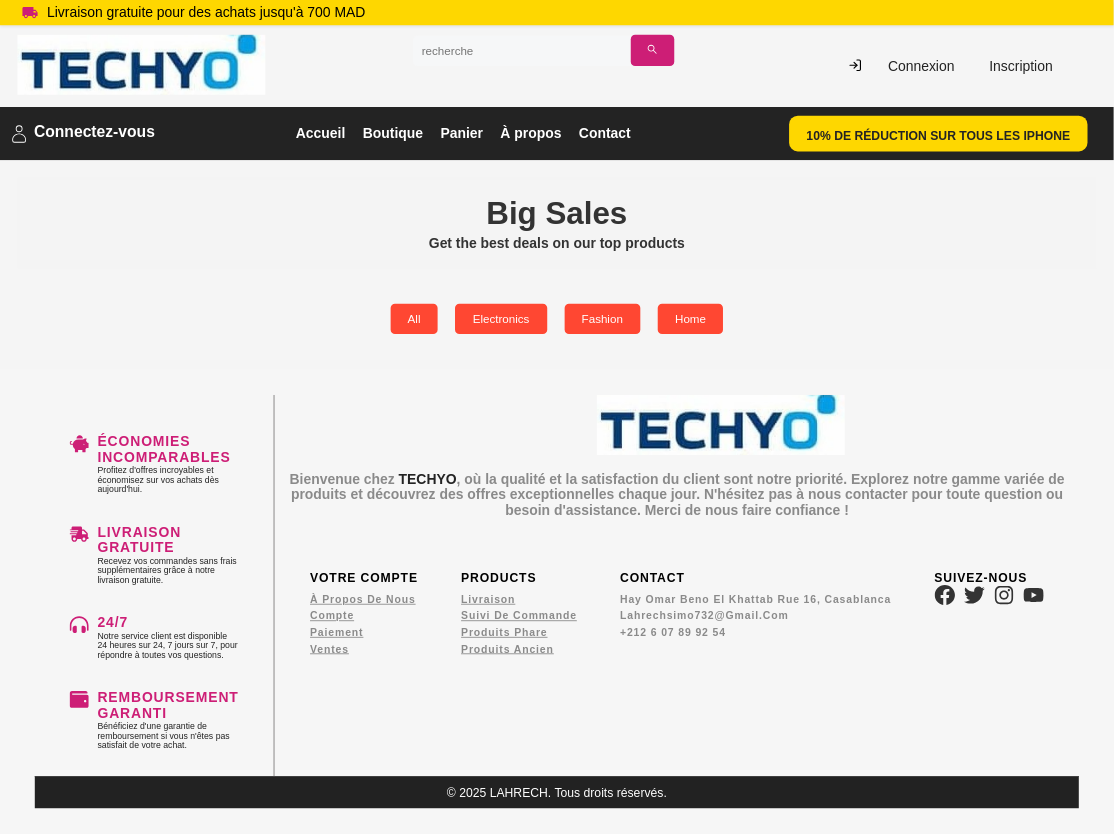
Repository: sebti-cloud/project-modern
Page: /sales (app in ecommerce_website/)
The author's editor kept a copy of each file at every save. The page is drawn from the files as they stood at one save, then again after the next save.
The browser window is 1280 px wide. The pictures show the whole page, at 87% of full size.
The page's requests for data from a server got no answer. The project was rebuilt for these pictures with package versions that can differ from the ones it lists, and the page was loaded fresh each time. No one was signed in, and anything a server would have sent is missing. Also part of the build but not shown: ecommerce_website/src/comp/home.js, ecommerce_website/src/comp/shop.js, ecommerce_website/src/comp/cart.js, ecommerce_website/src/comp/contact.js, ecommerce_website/src/comp/rout.js, ecommerce_website/src/comp/Products.js, ecommerce_website/src/comp/Orders.js, ecommerce_website/src/comp/LikedProducts.js and 23 more.

Above is the page before, as saved 2025-01-08 18:43:13.

After the next save:
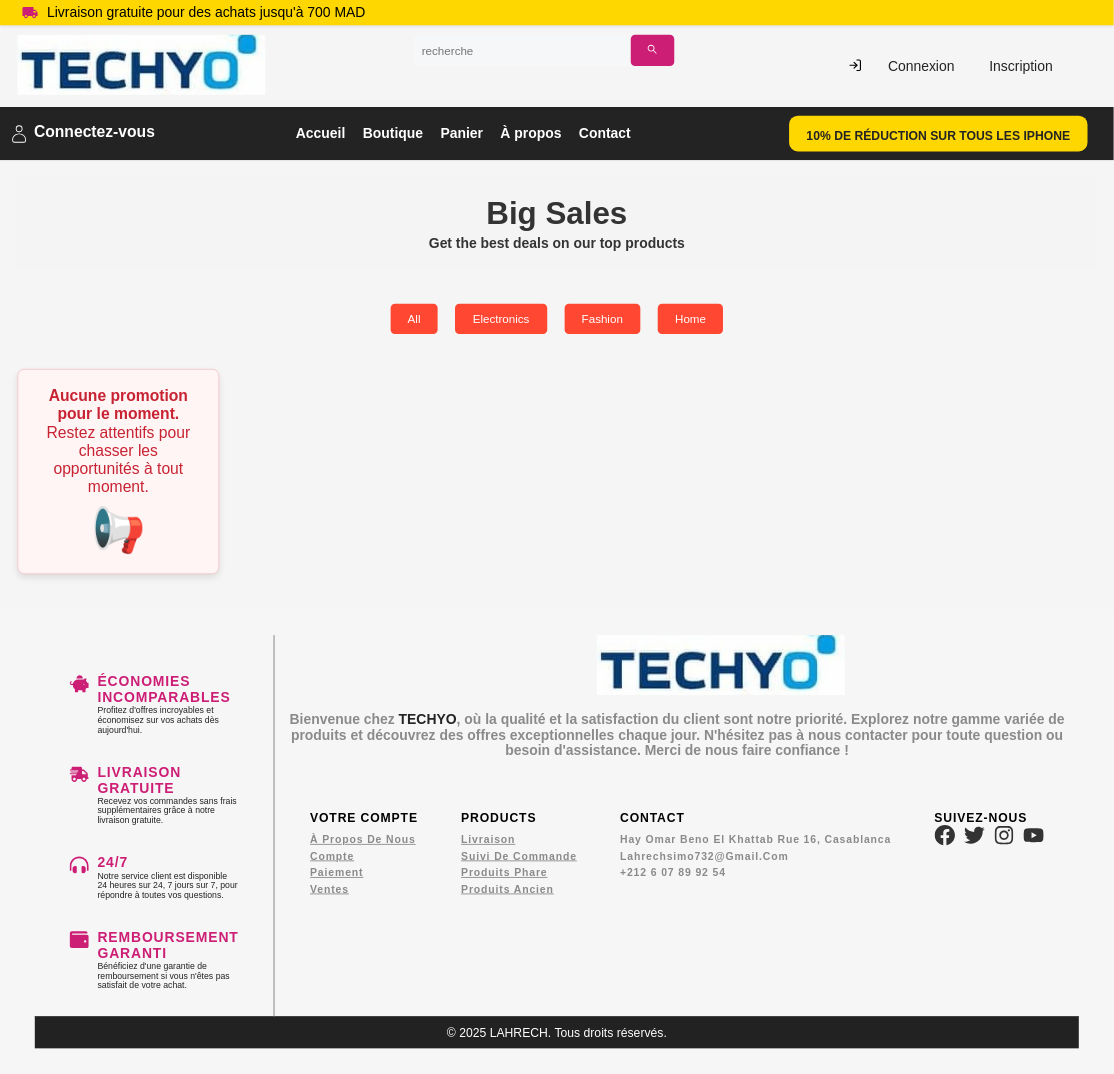
Saved 14 s later.
--- a/ecommerce_website/src/comp/Sales.js
+++ b/ecommerce_website/src/comp/Sales.js
@@ -2,25 +2,45 @@ import React, { useState, useEffect } from 'react';
 import './sales.css';
 import { AiOutlineShoppingCart } from 'react-icons/ai';
 
-const Sales = ({ fetchSalesProducts, addtocart }) => {
-    const [salesProducts, setSalesProducts] = useState([]);
+const Sales = ({ addtocart }) => {
+    const [products, setProducts] = useState([]);
     const [loading, setLoading] = useState(true);
     const [filter, setFilter] = useState('all');
 
     useEffect(() => {
-        const fetchData = async () => {
-            setLoading(true);
-            await fetchSalesProducts(setSalesProducts);
+        fetchProducts();
+    }, []);
+
+    const fetchProducts = async () => {
+        try {
+            const response = await fetch('http://localhost:3001/api/products');
+            const data = await response.json();
+            const salesProducts = data.filter((x) => x.types && x.types.includes('sale'));
+            setProducts(salesProducts);
             setLoading(false);
-        };
-        fetchData();
-    }, [fetchSalesProducts]);
+        } catch (error) {
+            console.error('Error fetching products:', error);
+            setLoading(false);
+        }
+    };
 
     const filterProducts = async (category) => {
         setFilter(category);
         setLoading(true);
-        await fetchSalesProducts(setSalesProducts, category);
-        setLoading(false);
+        try {
+            let url = `http://localhost:3001/api/products`;
+            if (category !== 'all') {
+                url += `?category=${category}`;
+            }
+            const response = await fetch(url);
+            const data = await response.json();
+            const filteredProducts = data.filter((x) => x.types && x.types.includes('sale'));
+            setProducts(filteredProducts);
+            setLoading(false);
+        } catch (error) {
+            console.error('Error fetching filtered products:', error);
+            setLoading(false);
+        }
     };
 
     return (
@@ -39,16 +59,37 @@ const Sales = ({ fetchSalesProducts, addtocart }) => {
                 <div className="loading">Loading...</div>
             ) : (
                 <div className="products_grid">
-                    {salesProducts.map(product => (
-                        <div key={product.id} className="product_card">
-                            <img src={`http://localhost:3001${product.image}`} alt={product.name} />
-                            <h3>{product.name}</h3>
-                            <p>{product.price} MAD</p>
-                            <button onClick={() => addtocart(product)}>
-                                <AiOutlineShoppingCart /> Add to Cart
-                            </button>
+                    {products.length > 0 ? (
+                        products.map(product => (
+                            <div key={product.id} className="product_card">
+                                <img src={`http://localhost:3001${product.image}`} alt={product.name} />
+                                <h3>{product.name}</h3>
+                                <p>{product.price} MAD</p>
+                                <button onClick={() => addtocart(product)}>
+                                    <AiOutlineShoppingCart /> Add to Cart
+                                </button>
+                            </div>
+                        ))
+                    ) : (
+                        <div className="no-promotions" style={{
+                            textAlign: 'center',
+                            backgroundColor: '#fff5f5',
+                            color: '#c82333',
+                            padding: '20px',
+                            borderRadius: '8px',
+                            border: '1px solid #f5c6cb',
+                            marginTop: '20px',
+                            boxShadow: '0 4px 8px rgba(0, 0, 0, 0.1)',
+                            fontFamily: 'Arial, sans-serif',
+                            fontSize: '18px',
+                            maxWidth: '600px',
+                            margin: '20px auto'
+                        }}>
+                            <strong>Aucune promotion pour le moment.</strong>
+                            <p>Restez attentifs pour chasser les opportunités à tout moment.</p>
+                            <div style={{ fontSize: '50px', color: '#c82333', marginTop: '10px' }}>📢</div>
                         </div>
-                    ))}
+                    )}
                 </div>
             )}
         </div>
